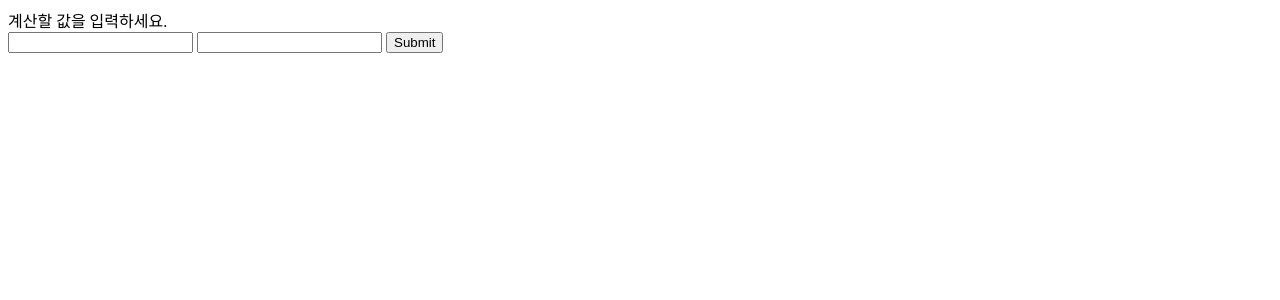
Repository: kwondam/servlet
Page: workspace/JSPPrj/WebContent/add.html
These files come from the project's save history. The page is drawn as it stood at one moment and after the next save; the edit follows.
The browser window is 1280 px wide. The pictures show the whole page.

Above is the page before, as saved 2020-03-25 06:13:12.

### workspace/JSPPrj/WebContent/add.html
<!DOCTYPE html>
<html>
<head>
<meta charset="UTF-8">
<title>Insert title here</title>
</head>
<body>
	<form action="add" method="post">
	<div> 계산할 값을 입력하세요.</div>
	<div>
		<input type="text" name="x"/>
		<input type="text" name="y"/>
		<input type="submit"/>
	</div>
	</form>
</body>
</html>

After the next save:
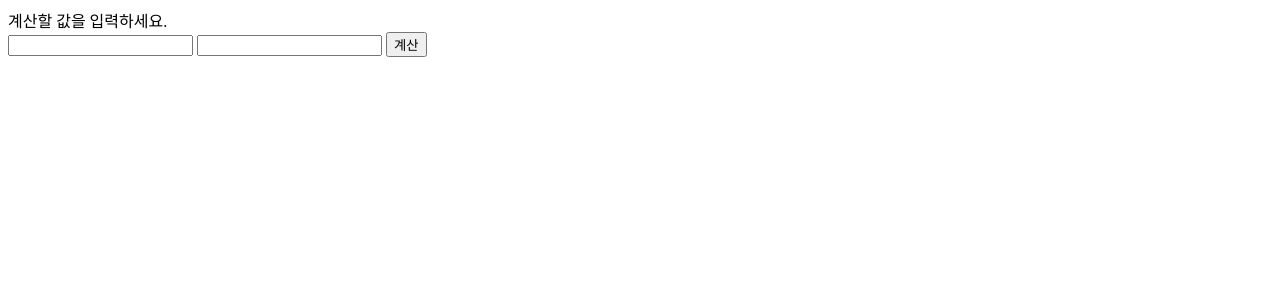
Saved 3 min 50 s later.
--- a/workspace/JSPPrj/WebContent/add.html
+++ b/workspace/JSPPrj/WebContent/add.html
@@ -10,7 +10,7 @@
 	<div>
 		<input type="text" name="x"/>
 		<input type="text" name="y"/>
-		<input type="submit"/>
+		<input type="submit" value="계산"/>
 	</div>
 	</form>
 </body>
